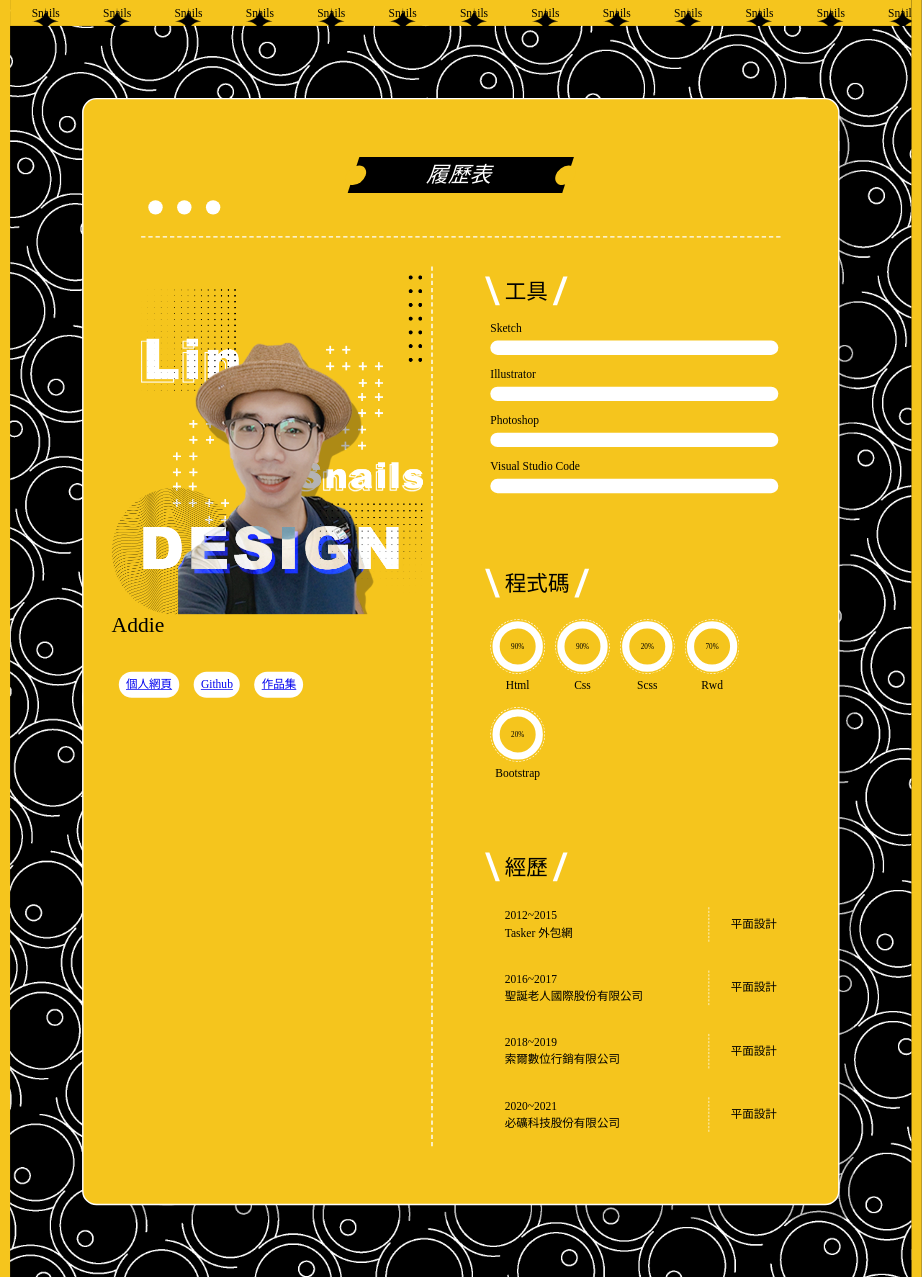
Repository: addie1988/resume
Page: index.html
These files come from the project's save history. The page is drawn as it stood at one moment and after the next save; the edit follows.
The browser window is 1280 px wide. The pictures show the whole page, at 72% of full size.

Above is the page before, as saved 2021-11-24 11:43:49.
Not found: js/style.js

### index.html
<!DOCTYPE html>
<html lang="en">

<head>
    <meta charset="UTF-8">
    <meta http-equiv="X-UA-Compatible" content="IE=edge">
    <meta name="viewport" content="width=device-width, initial-scale=1.0">
    <title>ADDIE</title>
    <link rel="stylesheet" type="text/css" href="./css/style.css">
</head>

<body>

    <!-- personal -->
    <div class="personal">
        <!-- Carousel -->
        <div class="Carousel">
            <div class="Carousel_content" id="Carousel"></div>
        </div>
        <div class="personal_content">
            <!-- resume > 履歷 -->
            <div class="resume">
                <div class="resume_title">
                    <h1>履歷表</h1>
                </div>
                <div class="resume_content">
                    <ul>
                        <li></li>
                        <li></li>
                        <li></li>
                    </ul>
                </div>
                <!-- main -->
                <div class="main">
                    <!-- personal_information > 個人資訊 -->
                    <div class="personal_information">
                        <div class="personal_information_img"><img src="./images/Visualize1.png"></div>
                        <div class="name">
                            <h1>Addie</h1>
                        </div>
                        <!-- work -->
                        <div class="work">
                            <div class="work_contwnt">
                                <ul>
                                    <li><a href="#">個人網頁</a></li>
                                    <li><a href="#">Github</a></li>
                                    <li><a href="#">作品集</a></li>
                                </ul>
                            </div>
                        </div>
                    </div>


                    <!-- personal_experience > 個人經歷 -->
                    <div class="personal_experience">

                        <!-- Code -->
                        <div class="tool">
                            <div class="tool_content">
                                <h1>工具</h1>
                                <ul>
                                    <li>
                                        <p>Sketch</p>
                                        <span></span>
                                    </li>
                                    <li>
                                        <p>Illustrator</p>
                                        <span></span>
                                    </li>
                                    <li>
                                        <p>Photoshop</p>
                                        <span></span>
                                    </li>
                                    <li>
                                        <p>Visual Studio Code</p>
                                        <span></span>
                                    </li>
                                </ul>
                            </div>
                        </div>

                        <!-- Code -->
                        <div class="Code">
                            <div class="Code_content">
                                <h1>程式碼</h1>
                                <ul>
                                    <li>
                                        <div class="chart"><span><i>90%</i></span></div>
                                        <p>Html</p>
                                    </li>
                                    <li>
                                        <div class="chart"><span><i>90%</i></span></div>
                                        <p>Css</p>
                                    </li>
                                    <li>
                                        <div class="chart"><span><i>20%</i></span></div>
                                        <p>Scss</p>
                                    </li>
                                    <li>
                                        <div class="chart"><span><i>70%</i></span></div>
                                        <p>Rwd</p>
                                    </li>
                                    <li>
                                        <div class="chart"><span><i>20%</i></span></div>
                                        <p>Bootstrap</p>
                                    </li>
                                </ul>
                            </div>
                        </div>

                        <!-- work_experience -->
                        <div class="work_experience">
                            <div class="work_experience_content">
                                <h1>經歷</h1>
                                <ul>
                                    <li>
                                        <div class="work_experience_content_title">
                                            <p>2012~2015</p>
                                            <i>Tasker 外包網</i>
                                        </div>
                                        <span>
                                            <section>平面設計</section>
                                        </span>
                                    </li>
                                    <li>
                                        <div class="work_experience_content_title">
                                            <p>2016~2017</p>
                                            <i>聖誕老人國際股份有限公司</i>
                                        </div>
                                        <span>
                                            <section>平面設計</section>
                                        </span>
                                    </li>
                                    <li>
                                        <div class="work_experience_content_title">
                                            <p>2018~2019</p>
                                            <i>索爾數位行銷有限公司</i>
                                        </div>
                                        <span>
                                            <section>平面設計</section>
                                        </span>
                                    </li>
                                    <li>
                                        <div class="work_experience_content_title">
                                            <p>2020~2021</p>
                                            <i>必礦科技股份有限公司</i>
                                        </div>
                                        <span>
                                            <section>平面設計</section>
                                        </span>
                                    </li>
                                </ul>
                            </div>
                        </div>
                    </div>
                </div>
            </div>
        </div>
    </div>

    <!-- js -->
    <script src="./js/style.js"></script>
    <!-- jq -->
    <script src="https://cdnjs.cloudflare.com/ajax/libs/jquery/3.3.1/jquery.min.js"></script>
    <script>
        $('#Carousel').load("./Carousel.html #Carousel");
    </script>

</body>

</html>

### css/style.css
/* http://meyerweb.com/eric/tools/css/reset/
   v2.0 | 20110126
   License: none (public domain)
*/

html,
body,
div,
span,
applet,
object,
iframe,
h1,
h2,
h3,
h4,
h5,
h6,
p,
blockquote,
pre,
a,
abbr,
acronym,
address,
big,
cite,
code,
del,
dfn,
em,
img,
ins,
kbd,
q,
s,
samp,
small,
strike,
strong,
sub,
sup,
tt,
var,
b,
u,
i,
center,
dl,
dt,
dd,
ol,
ul,
li,
fieldset,
form,
label,
legend,
table,
caption,
tbody,
tfoot,
thead,
tr,
th,
td,
article,
aside,
canvas,
details,
embed,
figure,
figcaption,
footer,
header,
hgroup,
menu,
nav,
output,
ruby,
section,
summary,
time,
mark,
audio,
video {
  margin: 0;
  padding: 0;
  border: 0;
  font-size: 100%;
  font: inherit;
  vertical-align: baseline;
}
/* HTML5 display-role reset for older browsers */
article,
aside,
details,
figcaption,
figure,
footer,
header,
hgroup,
menu,
nav,
section {
  display: block;
}
body {
  line-height: 1;
}
ol,
ul {
  list-style: none;
}
blockquote,
q {
  quotes: none;
}
blockquote:before,
blockquote:after,
q:before,
q:after {
  content: "";
  content: none;
}
table {
  border-collapse: collapse;
  border-spacing: 0;
}

/* ---------------------------------------------------------------------------------------------------------------------- */

:root {
  --background-color: #f5c51d;
  --position: relative;
  --font-size: 16px;
  --padding: 100px;
  --color: white;
  --title_h1: 30px;
  --margin_Segmentation: 80px 0 0 0;
}

/* ---------------------------------------------------------------------------------------------------------------------- */

.personal {
  position: var(--position);
  background: url(../images/background.png);
  align-items: center;
  background-color: black;
  border-left: 14px solid var(--background-color);
  border-right: 14px solid var(--background-color);
}

/* Carousel */
.Carousel {
  position: var(--padding);
}

.Carousel_content {
  margin: 0 auto;
}

.Carousel_content ul {
  display: flex;
  overflow: hidden;
  background-color: var(--background-color);
}

.Carousel_content ul li {
    margin: 0 20px;
    padding: 10px;
    position: var(--position);
}

.Carousel_content ul li::before {
    content: "";
    width: 37px;
    height: 37px;
    display: inline-block;
    background: url(../images/Carousel.png);
    position: absolute;
}

.personal_content {
  width: 100%;
  height: 100%;
  display: flex;
  justify-content: center;
}

/* resume > 履歷資訊 */
.resume {
  margin: 100px;
  padding: 80px;
  max-width: 900px;
  border: 2px solid white;
  position: var(--position);
  z-index: 77777;
  box-shadow: 20px 20px 0px 0px #0000003d;
  background-color: var(--background-color);
  border-radius: 20px;
  -webkit-border-radius: 20px;
  -moz-border-radius: 20px;
  -ms-border-radius: 20px;
  -o-border-radius: 20px;
}

/* resume_title */
.resume_title {
  display: flex;
  justify-content: center;
  position: relative;
  transform: skewX(-18deg);
  -webkit-transform: skewX(-18deg);
  -moz-transform: skewX(-18deg);
  -ms-transform: skewX(-18deg);
  -o-transform: skewX(-18deg);
}

.resume_title h1 {
  font-size: 30px;
  text-align: center;
  padding: 10px 60px;
  color: white;
  background-color: black;
  width: 20%;
  display: inline-block;
  position: var(--position);
}

.resume_title h1::before {
  content: "";
  width: 27px;
  height: 27px;
  display: inline-block;
  position: absolute;
  left: -10px;
  top: 12px;
  background-color: #f5c51d;
  border-radius: 50%;
  -webkit-border-radius: 50%;
  -moz-border-radius: 50%;
  -ms-border-radius: 50%;
  -o-border-radius: 50%;
}

.resume_title h1::after {
  content: "";
  width: 27px;
  height: 27px;
  display: inline-block;
  position: absolute;
  right: -10px;
  top: 12px;
  background-color: #f5c51d;
  border-radius: 50%;
  -webkit-border-radius: 50%;
  -moz-border-radius: 50%;
  -ms-border-radius: 50%;
  -o-border-radius: 50%;
}

.resume_content {
  margin: 0 auto;
  width: 100%;
  margin: 0 0 40px 0;
}

.resume_content ul {
  display: flex;
  padding: 0 0 20px 0;
  border-bottom: 2px dashed white;
}

.resume_content ul li {
  width: 20px;
  height: 20px;
  margin: 10px;
  display: inline-block;
  background-color: white;
  border-radius: 50%;
  -webkit-border-radius: 50%;
  -moz-border-radius: 50%;
  -ms-border-radius: 50%;
  -o-border-radius: 50%;
  transition: 1s ease-out;
  -webkit-transition: 1s ease-out;
  -moz-transition: 1s ease-out;
  -ms-transition: 1s ease-out;
  -o-transition: 1s ease-out;
}

.resume_content ul li:nth-child(1):hover {
  background-color: red;
}

.resume_content ul li:nth-child(2):hover {
  background-color: yellow;
}

.resume_content ul li:nth-child(3):hover {
  background-color: green;
}

/* ---------------------------------------------------------------------------------------------------------------------- */

/* main */
.main {
  display: flex;
  justify-content: center;
}

/* personal_information > 個人資訊 */

/* personal_information */
.personal_information {
  flex: 0 0 50%;
  max-width: 50%;
  border-right: 2px solid white;
  border-style: dashed;
  margin: 0 40px;
}

.personal_information_img {
  display: flex;
  justify-content: center;
}

.personal_information_img img {
  width: 100%;
  height: 100%;
}

/* ---------------------------------------------------------------------------------------------------------------------- */

/* personal_experience > 個人經歷 */
.personal_experience {
  flex: 0 0 50%;
  max-width: 50%;
  margin: 0 40px;
}

.name h1 {
  font-size: var(--title_h1);
}

/* ---------------------------------------------------------------------------------------------------------------------- */

/* work */
.work {
  position: var(--position);
}

.work_contwnt {
  margin: 40px auto;
}

.work_contwnt ul {
  display: flex;
  flex-wrap: wrap;
}

.work_contwnt ul li {
  margin-right: 10px;
  margin: 10px;
  padding: 10px;
  color: black;
  background-color: white;
  border-radius: 20px;
  -webkit-border-radius: 20px;
  -moz-border-radius: 20px;
  -ms-border-radius: 20px;
  -o-border-radius: 20px;
}

/* ---------------------------------------------------------------------------------------------------------------------- */

/* personal_experience > 個人經歷 */

/* tool */
.tool {
  position: var(--position);
}

.tool_contwnt {
  margin: var(--margin_Segmentation);
}

.tool_content h1 {
  font-size: var(--title_h1);
  position: var(--position);
  display: inline-block;
  padding: 20px;
}

.tool_content h1::before {
  content: "";
  width: 6px;
  height: 40px;
  display: inline-block;
  position: absolute;
  top: 20%;
  left: 0;
  background-color: white;
  transform: skewX(20deg);
  -webkit-transform: skewX(20deg);
  -moz-transform: skewX(20deg);
  -ms-transform: skewX(20deg);
  -o-transform: skewX(20deg);
}

.tool_content h1::after {
  content: "";
  width: 6px;
  height: 40px;
  display: inline-block;
  position: absolute;
  top: 20%;
  right: 0;
  background-color: white;
  transform: skewX(-20deg);
  -webkit-transform: skewX(-20deg);
  -moz-transform: skewX(-20deg);
  -ms-transform: skewX(-20deg);
  -o-transform: skewX(-20deg);
}

.tool_content ul {
  margin: var(--margin_Segmentation);
  margin: 0;
}

.tool_content ul li {
  line-height: 2;
}

.tool_content ul li span {
  width: 100%;
  height: 20px;
  display: inline-block;
  position: relative;
}

.tool_content ul li span::before {
  content: "";
  width: 0;
  height: 20px;
  display: inline-block;
  position: absolute;
  z-index: 4444;
  background-color: black;
  transition: 1s ease-out;
  -webkit-transition: 1s ease-out;
  -moz-transition: 1s ease-out;
  -ms-transition: 1s ease-out;
  -o-transition: 1s ease-out;
  border-radius: 20px;
  -webkit-border-radius: 20px;
  -moz-border-radius: 20px;
  -ms-border-radius: 20px;
  -o-border-radius: 20px;
}

.tool_content ul li:hover span::before {
  width: 100%;
}

.tool_content ul li:nth-child(1):hover span::before {
  width: 35%;
}

.tool_content ul li:nth-child(2):hover span::before {
  width: 85%;
}

.tool_content ul li:nth-child(3):hover span::before {
  width: 85%;
}

.tool_content ul li:nth-child(4):hover span::before {
  width: 35%;
}

.tool_content ul li span::after {
  content: "";
  width: 90%;
  height: 20px;
  display: inline-block;
  position: absolute;
  background-color: white;
  border-radius: 20px;
  -webkit-border-radius: 20px;
  -moz-border-radius: 20px;
  -ms-border-radius: 20px;
  -o-border-radius: 20px;
}

/* ---------------------------------------------------------------------------------------------------------------------- */

/* Code */
.Code {
  position: var(--position);
}

.Code_content {
  margin: var(--margin_Segmentation);
}

.Code_content h1 {
  font-size: var(--title_h1);
  position: var(--position);
  display: inline-block;
  padding: 20px;
}

.Code_content h1::before {
  content: "";
  width: 6px;
  height: 40px;
  display: inline-block;
  position: absolute;
  top: 20%;
  left: 0;
  background-color: white;
  transform: skewX(20deg);
  -webkit-transform: skewX(20deg);
  -moz-transform: skewX(20deg);
  -ms-transform: skewX(20deg);
  -o-transform: skewX(20deg);
}

.Code_content h1::after {
  content: "";
  width: 6px;
  height: 40px;
  display: inline-block;
  position: absolute;
  top: 20%;
  right: 0;
  background-color: white;
  transform: skewX(-20deg);
  -webkit-transform: skewX(-20deg);
  -moz-transform: skewX(-20deg);
  -ms-transform: skewX(-20deg);
  -o-transform: skewX(-20deg);
}

.Code_content ul {
  margin: var(--margin_Segmentation);
  display: flex;
  flex-wrap: wrap;
  margin: 0;
}

.Code_content ul li {
  margin: 14px 14px 0 0;
  line-height: 2;
}

.Code_content ul li .chart {
  border: 1px solid white;
  padding: 2px;
  border-style: dashed;
  border-radius: 50%;
  -webkit-border-radius: 50%;
  -moz-border-radius: 50%;
  -ms-border-radius: 50%;
  -o-border-radius: 50%;
}

.Code_content ul li .chart span {
  width: 70px;
  height: 70px;
  display: flex;
  justify-content: center;
  align-items: center;
  position: relative;
}

.Code_content ul li .chart span::before {
  content: "";
  width: 50px;
  height: 50px;
  display: none;
  position: absolute;
  top: 0;
  left: 0;
  z-index: 444;
  border-top: 10px solid black;
  border-left: 10px solid black;
  border-right: 10px solid black;
  border-bottom: 10px solid #f5c51d;
  border-radius: 50%;
  -webkit-border-radius: 10px solid #f5c51d;
  -moz-border-radius: 10px solid #f5c51d;
  -ms-border-radius: 10px solid #f5c51d;
  -o-border-radius: 10px solid #f5c51d;
  animation: chart_move 2s ease-out;
  -webkit-animation: chart_move 2s ease-out;
}

.Code_content ul li:nth-child(1) .chart span::before {
  border-top: 10px solid black;
  border-left: 10px solid black;
  border-right: 10px solid black;
  border-bottom: 10px solid #f5c51d;
}

.Code_content ul li:nth-child(2) .chart span::before {
  border-top: 10px solid black;
  border-left: 10px solid black;
  border-right: 10px solid black;
  border-bottom: 10px solid #f5c51d;
}

.Code_content ul li:nth-child(3) .chart span::before {
  border-top: 10px solid black;
  border-left: 10px solid #f5c51d;
  border-right: 10px solid #f5c51d;
  border-bottom: 10px solid #f5c51d;
}

.Code_content ul li:nth-child(4) .chart span::before {
  border-top: 10px solid black;
  border-left: 10px solid black;
  border-right: 10px solid #f5c51d;
  border-bottom: 10px solid #f5c51d;
}

.Code_content ul li:nth-child(5) .chart span::before {
  border-top: 10px solid black;
  border-left: 10px solid #f5c51d;
  border-right: 10px solid #f5c51d;
  border-bottom: 10px solid #f5c51d;
}

.Code_content ul li:hover .chart span::before {
  display: block;
}

@keyframes chart_move {
  0% {
    opacity: 0;
    transform: rotate(0);
    -webkit-transform: rotate(0);
    -moz-transform: rotate(0);
    -ms-transform: rotate(0);
    -o-transform: rotate(0);
  }
  100% {
    opacity: 1;
    transform: rotate(360deg);
    -webkit-transform: rotate(360deg);
    -moz-transform: rotate(360deg);
    -ms-transform: rotate(360deg);
    -o-transform: rotate(360deg);
  }
}

.Code_content ul li .chart span::after {
  content: "";
  width: 50px;
  height: 50px;
  display: inline-block;
  position: absolute;
  top: 0;
  left: 0;
  border: 10px solid white;
  border-radius: 50%;
  -webkit-border-radius: 50%;
  -moz-border-radius: 50%;
  -ms-border-radius: 50%;
  -o-border-radius: 50%;
}

.Code_content ul li .chart span i {
  font-size: 10px;
}

.Code_content ul li p {
  text-align: center;
}

/* ---------------------------------------------------------------------------------------------------------------------- */

/* work_experience */
.work_experience {
  position: var(--position);
}

.work_experience_content {
  margin: var(--margin_Segmentation);
}

.work_experience_content h1 {
  font-size: var(--title_h1);
  position: var(--position);
  display: inline-block;
  padding: 20px;
}

.work_experience_content h1::before {
  content: "";
  width: 6px;
  height: 40px;
  display: inline-block;
  position: absolute;
  top: 20%;
  left: 0;
  background-color: white;
  transform: skewX(20deg);
  -webkit-transform: skewX(20deg);
  -moz-transform: skewX(20deg);
  -ms-transform: skewX(20deg);
  -o-transform: skewX(20deg);
}

.work_experience_content h1::after {
  content: "";
  width: 6px;
  height: 40px;
  display: inline-block;
  position: absolute;
  top: 20%;
  right: 0;
  background-color: white;
  transform: skewX(-20deg);
  -webkit-transform: skewX(-20deg);
  -moz-transform: skewX(-20deg);
  -ms-transform: skewX(-20deg);
  -o-transform: skewX(-20deg);
}

.work_experience_content ul {
  margin: var(--margin_Segmentation);
  margin: 0;
}

.work_experience_content ul li {
  line-height: 1.5;
  display: flex;
  padding: 20px;
  flex-wrap: wrap;
  overflow: hidden;
  transition: 1s ease-out;
  -webkit-transition: 1s ease-out;
  -moz-transition: 1s ease-out;
  -ms-transition: 1s ease-out;
  -o-transition: 1s ease-out;
}

.work_experience_content ul li:hover {
  border-radius: 50px;
  -webkit-border-radius: 50px;
  -moz-border-radius: 50px;
  -ms-border-radius: 50px;
  -o-border-radius: 50px;
  animation: work_experience_content_move 3s ease-out;
  -webkit-animation: work_experience_content_move 3s ease-out;
}

@keyframes work_experience_content_move {
  0% {
    background-color: #f5c51d;
  }
  25% {
    background-color: aquamarine;
  }
  50% {
    background-color: slateblue;
  }
  100% {
    background-color: black;
  }
}

.work_experience_content ul li:hover .work_experience_content_title {
  color: white;
  border-right: 1px dashed white;
}

.work_experience_content ul li:hover .work_experience_content_title p {
  color: white;
}

.work_experience_content ul li .work_experience_content_title {
  width: 70%;
  border-right: 1px solid white;
  border-style: dashed;
  color: black;
}

.work_experience_content ul li .work_experience_content_title p {
  color: black;
}

.work_experience_content ul li span {
  display: flex;
  align-items: center;
}

.work_experience_content ul li span section {
  margin-left: 30px;
}

.work_experience_content ul li:hover span section {
  color: white;
}

@media screen and (max-width: 900px) {
  .main {
    flex-wrap: wrap;
  }

  .personal_information {
    flex: 0 0 100%;
    max-width: 100%;
  }

  .personal_experience {
    flex: 0 0 100%;
    max-width: 100%;
  }
}

### Carousel.html
<ul id="Carousel">
    <li>Snails</li><li>Snails</li><li>Snails</li><li>Snails</li><li>Snails</li><li>Snails</li><li>Snails</li><li>Snails</li>
    <li>Snails</li><li>Snails</li><li>Snails</li><li>Snails</li><li>Snails</li><li>Snails</li><li>Snails</li><li>Snails</li>
    <li>Snails</li><li>Snails</li><li>Snails</li><li>Snails</li><li>Snails</li><li>Snails</li><li>Snails</li><li>Snails</li>
    <li>Snails</li><li>Snails</li><li>Snails</li><li>Snails</li><li>Snails</li><li>Snails</li><li>Snails</li><li>Snails</li>
    <li>Snails</li><li>Snails</li><li>Snails</li><li>Snails</li><li>Snails</li><li>Snails</li><li>Snails</li><li>Snails</li>
</ul>

After the next save:
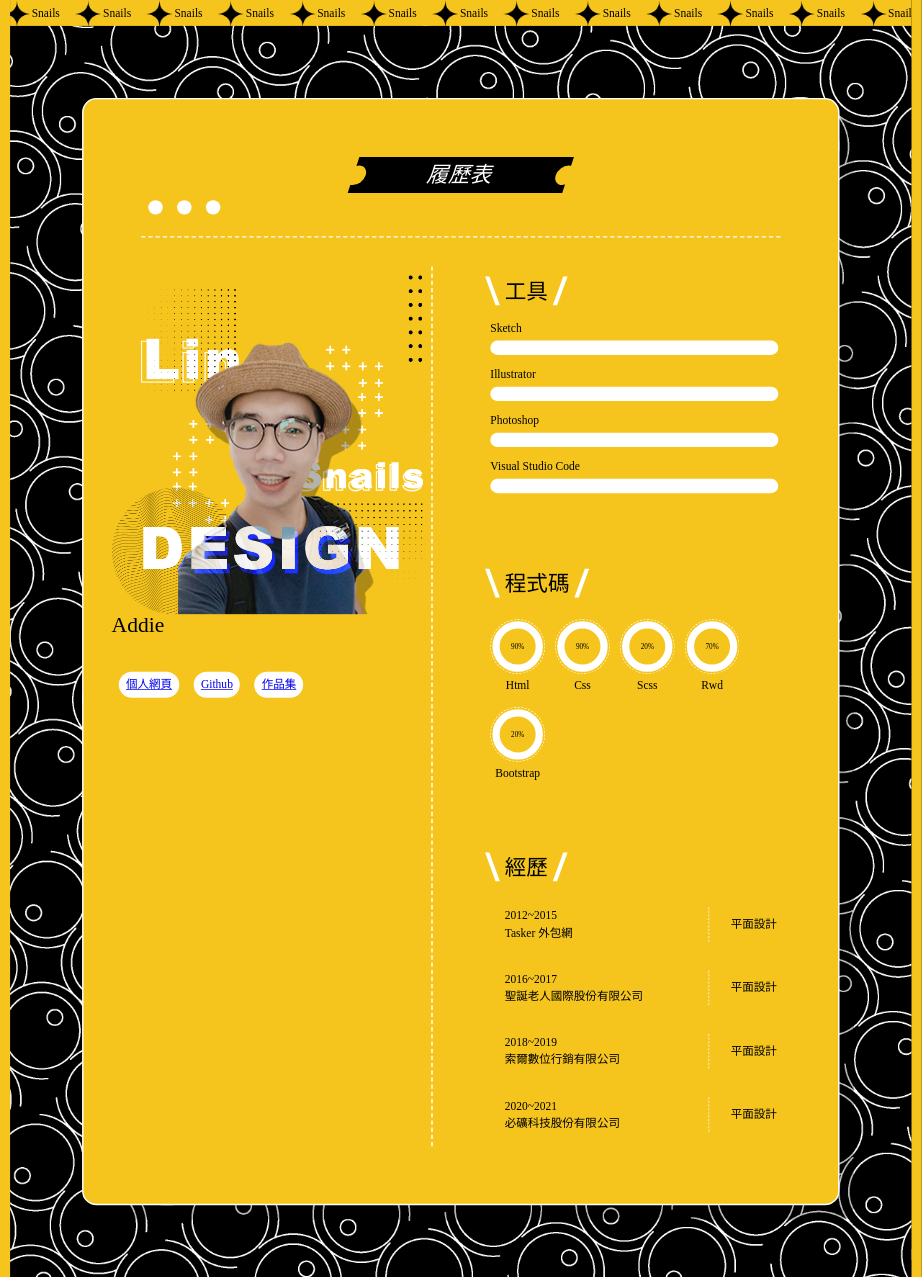
Saved 60 s later.
--- a/css/style.css
+++ b/css/style.css
@@ -167,18 +167,20 @@ table {
 }
 
 .Carousel_content ul li {
-    margin: 0 20px;
-    padding: 10px;
-    position: var(--position);
+  margin: 0 20px;
+  padding: 10px;
+  position: var(--position);
 }
 
 .Carousel_content ul li::before {
-    content: "";
-    width: 37px;
-    height: 37px;
-    display: inline-block;
-    background: url(../images/Carousel.png);
-    position: absolute;
+  content: "";
+  width: 37px;
+  height: 37px;
+  display: inline-block;
+  background: url(../images/Carousel.png);
+  position: absolute;
+  left: -30px;
+  top: 0px;
 }
 
 .personal_content {
